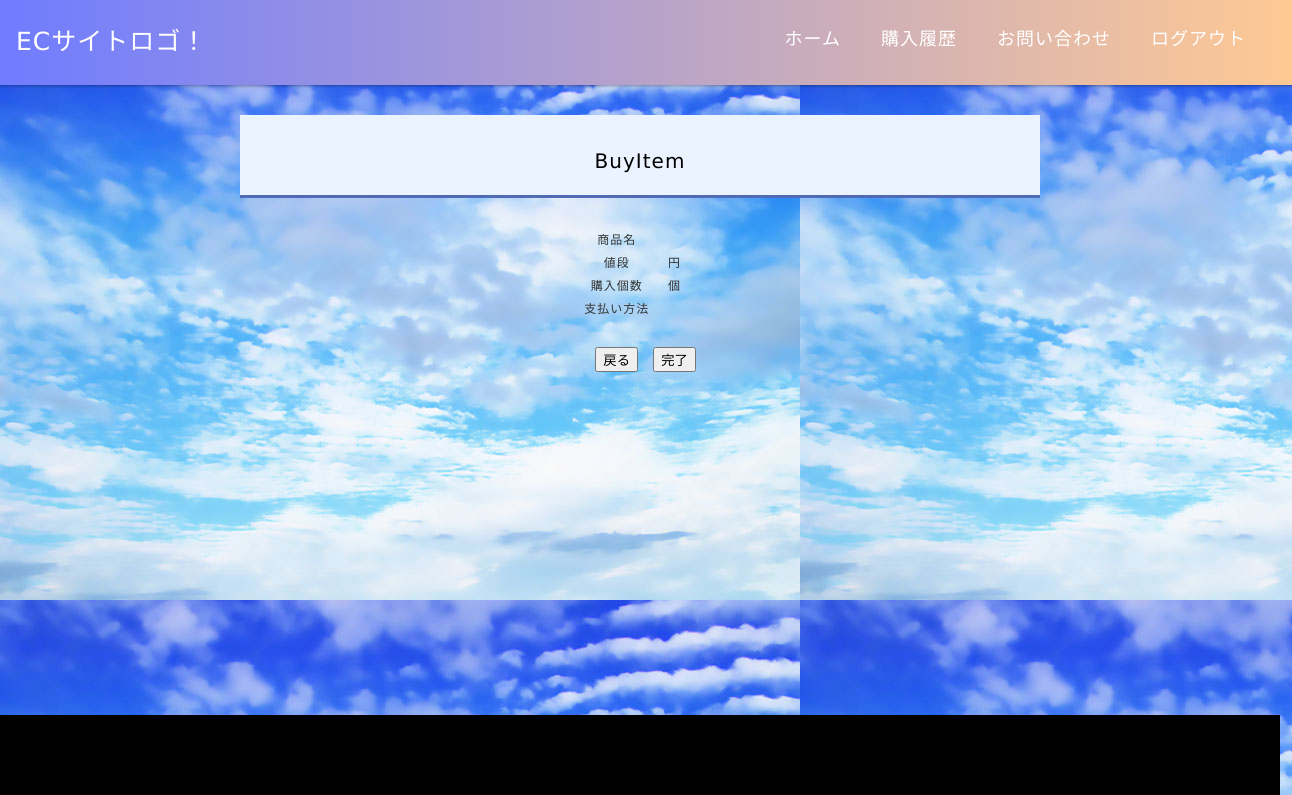
Repository: omosiromusic10/test
Page: http://localhost/ecsite/buyItemConfirm.jsp
An editor plug-in stored every save of this project. The page is shown before and after the next save, followed by the edit.
The browser window is 1280 px wide. The page is 1292 px wide, so the pictures cover 1292 px, including what lies to the right of the window. The pictures show the whole page.
Some web libraries are served in a nearby version. The page is served by Tomcat 9.

Above is the page before, as saved 2018-07-05 04:40:05.

After the next save:
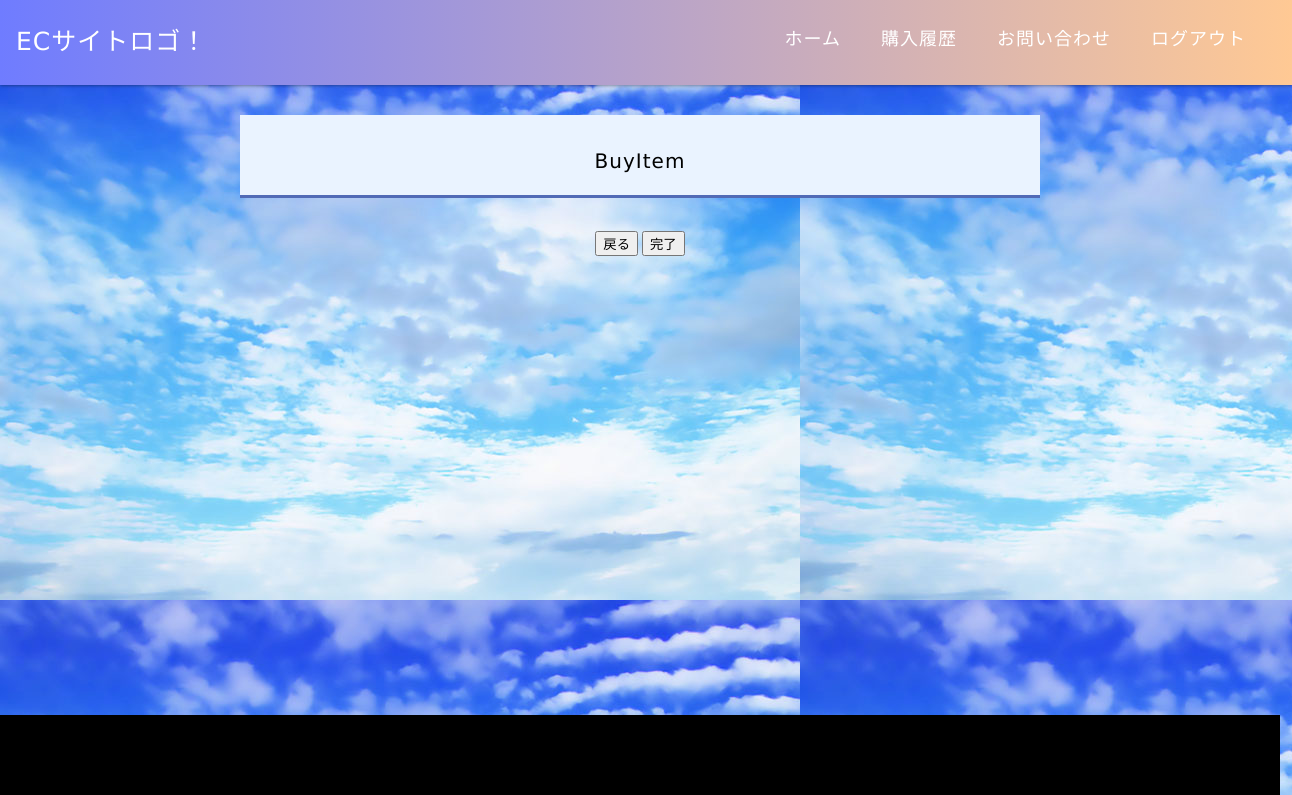
Saved 2 min 2 s later.
--- a/ecsite/WebContent/buyItemConfirm.jsp
+++ b/ecsite/WebContent/buyItemConfirm.jsp
@@ -124,17 +124,18 @@ table{
        </div>
        <div>
            <s:form>
+           <s:iterator value="buyItemList">
                <tr>
                    <td>商品名</td>
-                   <td><s:property value="session.buyItem_name" /></td>
+                   <td><s:property value="itemName" /></td>
                </tr>
                <tr>
                    <td>値段</td>
-                   <td><s:property value="session.total_price" /><span>円</span></td>
+                   <td><s:property value="total_price" /><span>円</span></td>
                </tr>
                <tr>
                    <td>購入個数</td>
-                   <td><s:property value="session.count" /><span>個</span></td>
+                   <td><s:property value="total_count" /><span>個</span></td>
                </tr>
                <tr>
                    <td>支払い方法</td>
@@ -143,6 +144,7 @@ table{
                <tr>
                    <td><br></td>
                </tr>
+               </s:iterator>
                <tr>
                    <td><input type="button" value="戻る"
                        onclick="submitAction('HomeAction')"/></td>
